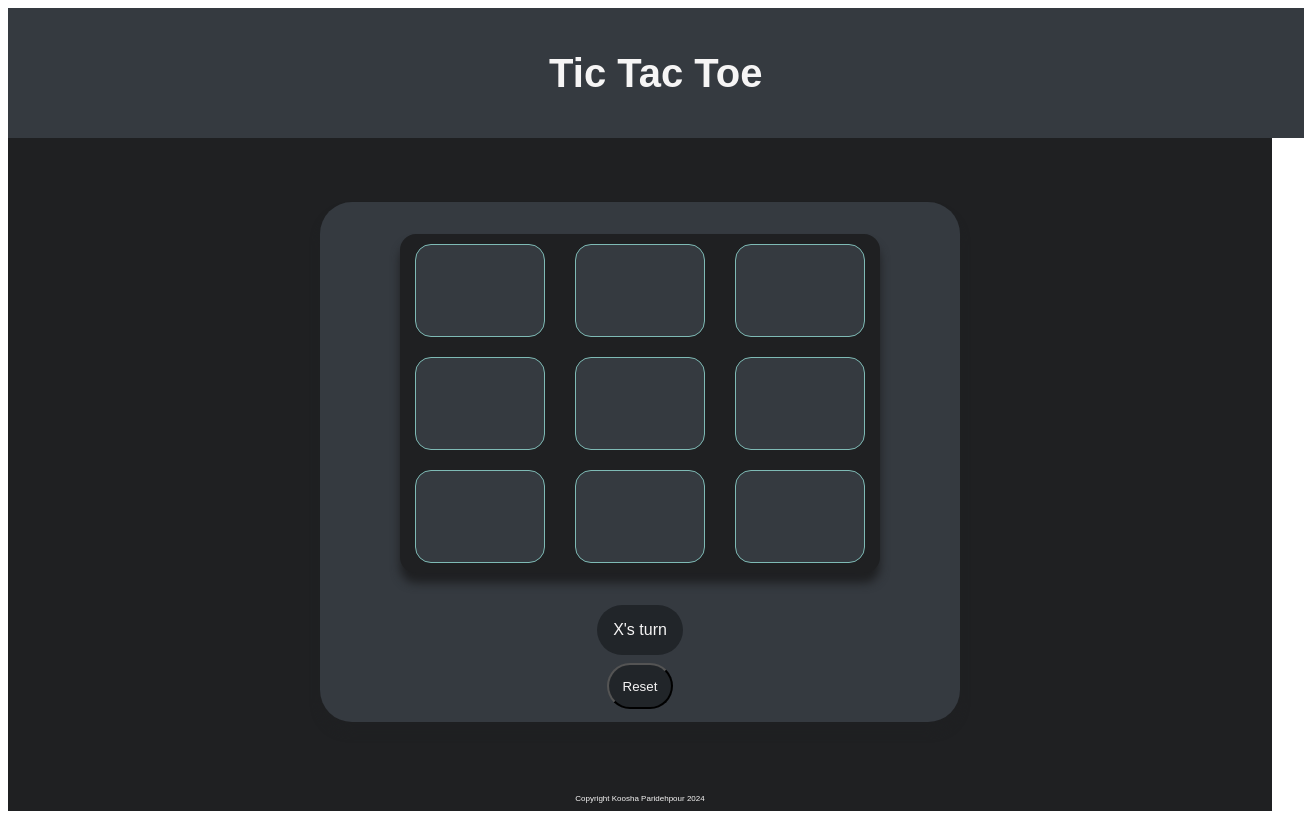
Repository: KooshaPari/odin-TTT
Page: index.html
These files come from the project's save history. The page is drawn as it stood at one moment and after the next save; the edit follows.
The browser window is 1280 px wide. The page is 1304 px wide, so the pictures cover 1304 px, including what lies to the right of the window. The pictures show the whole page.

Above is the page before, as saved 2024-03-15 00:26:51.

After the next save:
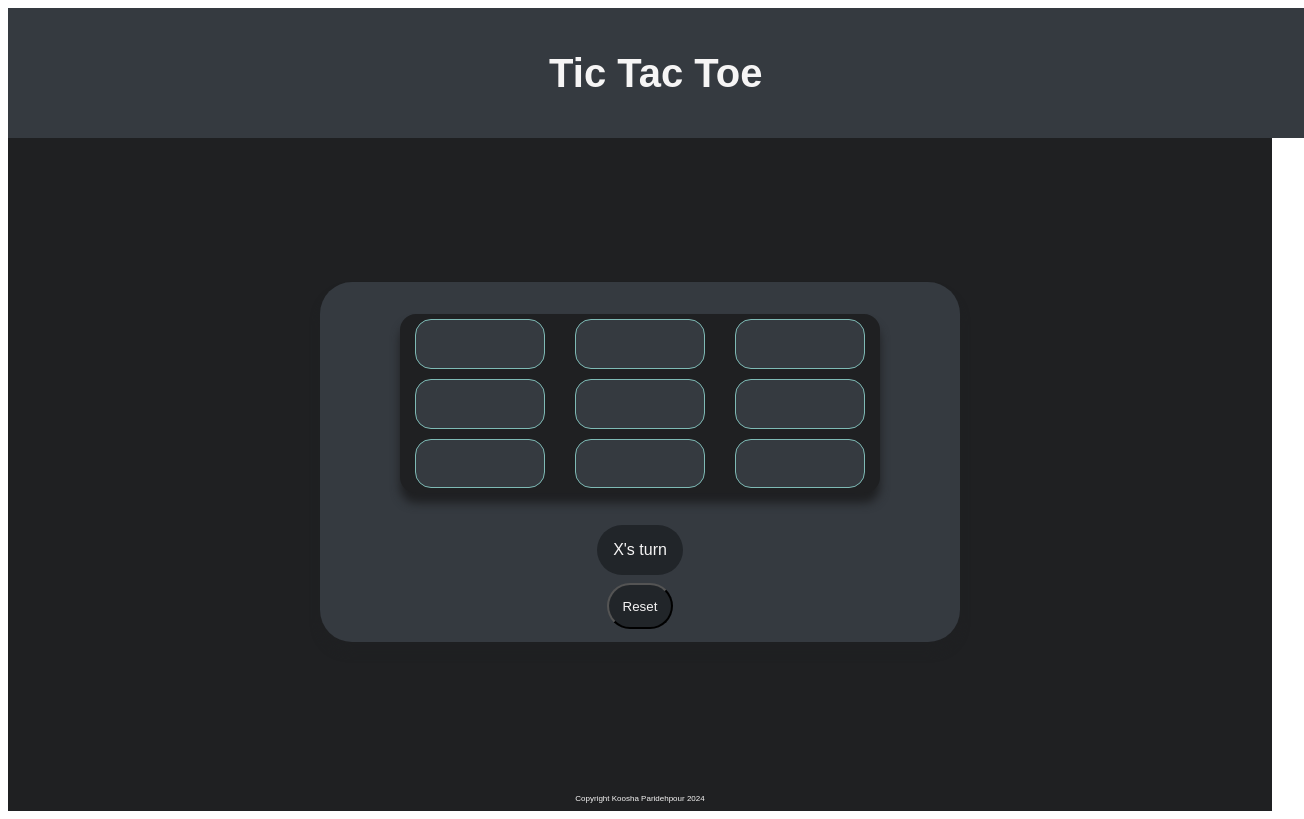
Saved 15 h 14 min later.
--- a/style.css
+++ b/style.css
@@ -48,7 +48,7 @@
   margin: 5vw;
   box-shadow: 0px 10px 10px #1f2022;
   width: 50vw;
-  height: 50vw;
+  height: 50vh;
   -webkit-border-radius: 2em;
   -moz-border-radius: 2em;
   -ms-border-radius: 2em;
